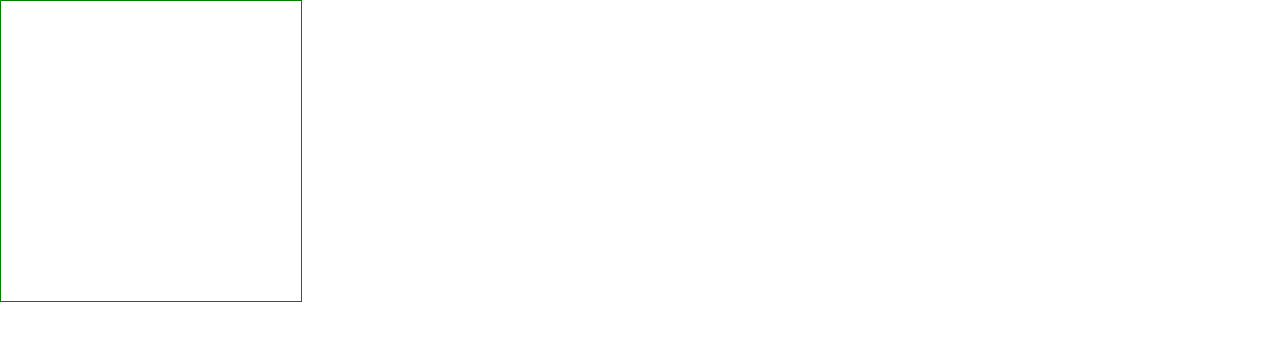
Repository: 319226862/wyy
Page: JavaScript/center.html
An editor plug-in stored every save of this project. The page is shown before and after the next save, followed by the edit.
The browser window is 1280 px wide. The pictures show the whole page.

Above is the page before, as saved 2023-07-26 09:49:52.

### JavaScript/center.html
<!DOCTYPE html>
<html lang="en">
<head>
    <meta charset="UTF-8">
    <meta name="viewport" content="width=device-width, initial-scale=1.0">
    <title>Document</title>
    <style>
        html, body{
            margin: 0;
            padding: 0;
        }
        #main{
            width: 300px;
            height: 300px;
            border: 1px solid green;
            display: table;
        }
        #box{
            vertical-align: middle;
            width: 100px;
            height: 100px;
            background-color: red;
        }
    </style>
</head>
<body>
    <div id="main">
        <tr id="box"></tr>
    </div>
</body>
</html>

After the next save:
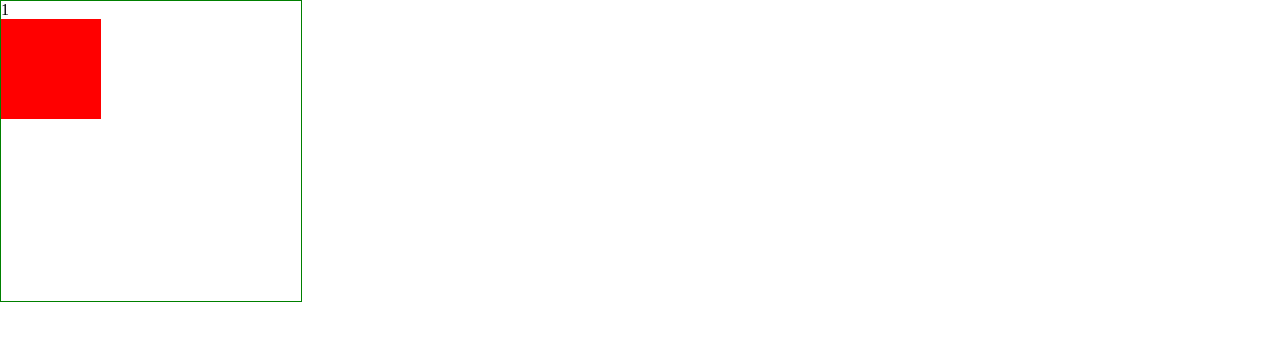
Saved 44 s later.
--- a/JavaScript/center.html
+++ b/JavaScript/center.html
@@ -25,7 +25,11 @@
 </head>
 <body>
     <div id="main">
-        <tr id="box"></tr>
+        <table id="box">
+                <tr>
+                    1
+                </tr>
+        </table>
     </div>
 </body>
 </html>
